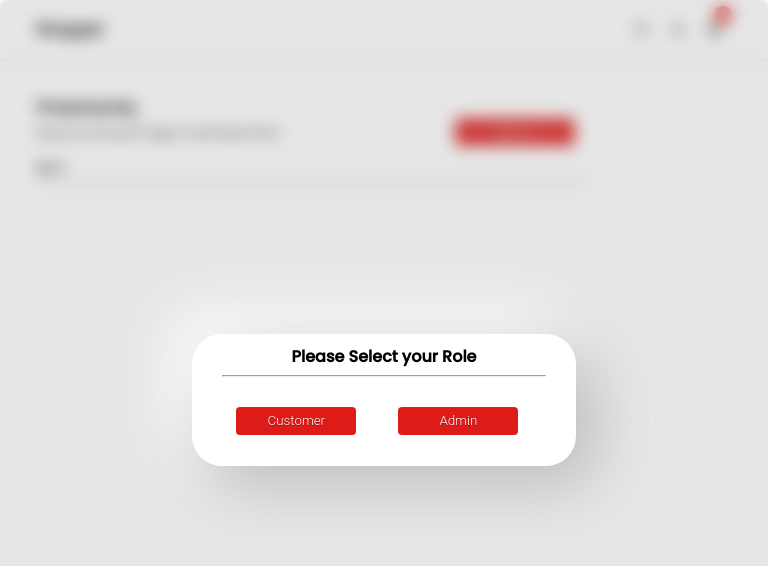
Repository: coolronts/aize-project
Page: /cart
The author's editor kept a copy of each file at every save. The page is drawn from the files as they stood at one save, then again after the next save.
The browser window is 768 px wide. The pictures show the whole page.
The project was rebuilt for these pictures with package versions that can differ from the ones it lists, and the page was loaded fresh each time. Also part of the build but not shown: src/components/CartItem/CartItem.tsx, src/pages/Shop/shop.module.css, src/components/Card/Card.tsx, src/components/EditModal/editModal.module.css, src/components/EditModal/EditModal.tsx, src/components/AddModal/addModal.module.css, src/components/AddModal/AddModal.tsx, src/pages/Shop/Shop.tsx.

Above is the page before, as saved 2021-09-17 12:39:41.

### src/index.css
* {
    line-height: 1.6;
}

h1 {
    font-size: 2em;
}

h2 {
    font-size: 1.5em;
}

h3 {
    font-size: 1.17em;
}

h4 {
    font-size: 1em;
}

### src/App.tsx
import React, { useState, useEffect } from 'react';
import {BrowserRouter,Switch,Route} from 'react-router-dom';

//components
import Cart from "./pages/Cart/Cart"
import Shop from "./pages/Shop/Shop"
import Modal from "./components/Modal/Modal"
import Header from "./components/Header/Header"

//context
import {UserContextProvider} from './context/user'
import {CommonContextProvider} from './context/common'

//interface
import {ProductCartType, IProduct} from './interfaces'

//api
import {Get, Delete} from './api/api'

const App: React.FunctionComponent = () => {
  //States
  //user States
  const [id, setId] = useState<number|null>(null)
  const [role, setRole]= useState<'ADMIN'|'CUSTOMER'|null>(null)

  //product States
  const [products, setProducts] = useState<ProductCartType[]>([])
  const [allProducts, setAllProducts] = useState<IProduct[]>([])
  const [cartQty, setCartQty] = useState<number>(0)

  //common States
  const [isLoading,setIsLoading] = useState<boolean>(false)
  const updateIsLoading = (state:boolean)=>{setIsLoading(state)}

  const [isError,setIsError] = useState<boolean>(false)
  const updateIsError = (state:boolean)=>{setIsError(state)}

  const [isEdit, setIsEdit] = useState<string>('')
  const updateIsEdit = (type:string)=>{setIsEdit(type)}

  const [isAdd, setIsAdd] = useState<boolean>(false)
  const updateIsAdd = (state:boolean)=>{setIsAdd(state)}


  const [selectedProduct, setSelectedProduct] = useState<IProduct>({} as IProduct)
  const updateSelectedProduct = (product: IProduct)=>{setSelectedProduct(product)}


  const getAllProducts = ()=>{
    updateIsLoading(true)
    Get.getProducts()
    .then(response => (setAllProducts(response)))
    .catch(error => (setIsError(error)))
    updateIsLoading(false)
  }

  const DeleteProduct = (id:number)=>{
    updateIsLoading(true)
    Delete.deleteProduct(id)
    .then(() => getAllProducts())
  }

  const addUser = (_id:number) =>{
    updateIsLoading(true)
    setId(()=>_id);
    (_id%2===0) ? setRole(()=>'CUSTOMER') : setRole(()=>'ADMIN')
    updateIsLoading(false)
  }

  const addProduct = (_id:number, _quantity:number) =>{
    const foundProduct = products.find(x => x.id === _id)
    if(foundProduct){foundProduct.quantity += _quantity}
    else{setProducts(products.concat({id:_id,quantity:_quantity}))}
    setCartQty(()=>cartQty+1)
  }

  const addCart = async (_cart:ProductCartType[])=>{setProducts(()=>(_cart))}

  useEffect(() =>{
    if(id != null){
      updateIsLoading(true)
      Get.getUserCart(id)
      .then(response =>{
        if(response.products != null){
          addCart(response.products)
          let totalQty = 0
          response.products.map((product) => totalQty += product.quantity)
          setCartQty(totalQty)
          updateIsLoading(false)}
        }
      )}
  },[id])


  const userContextValues ={Cart:{id,products},cartQty, role,addUser,addProduct, addCart, DeleteProduct}
  const commonContextValues = {selectedProduct, updateSelectedProduct, isLoading, isError, updateIsError, updateIsLoading, allProducts,  getAllProducts, isEdit, updateIsEdit, isAdd, updateIsAdd}


  return (
    <CommonContextProvider value={commonContextValues}>
      <UserContextProvider value={userContextValues}>
        {(id==null || isLoading ) && <Modal/>}
        <BrowserRouter>
          <Header/>
          <Switch>
            <Route path="/" exact component={Shop}/>
            {<Route path="/cart" exact component={Cart}/>}
          </Switch>
        </BrowserRouter>
      </UserContextProvider>
    </CommonContextProvider>
  )
};

export default App;

### src/pages/Cart/Cart.tsx
import React,{useContext,  useState} from 'react';
import styles from './cart.module.css';
import {AiFillTag} from "react-icons/ai";

//components
import CartItem from '../../components/CartItem/CartItem'

//context
import UserContext from '../../context/user'
const Cart: React.FunctionComponent = () => {

  const userContext = useContext(UserContext)
  const productsList = userContext.Cart.products

  const[total,setTotal]= useState<number>(0)

  const updateTotal = (newPrice:number):void =>{setTotal((prevState)=>newPrice+prevState)}

  return (
    <div className={styles.container}>
      <div className={styles.shoppingBag}>
        <h1>Shopping Bag</h1>
        <div className={styles.signInContainer}>
          <p>Have an Account? Sign in and Save time.</p>
          <button>Sign In </button>
        </div>
        <div className={styles.cart}>
          <h2>Qty: {userContext.cartQty} </h2>
          <hr/>
          {productsList.map((item,index) => {
            return (
              <div key={index}>
                <CartItem id={item.id} qty={item.quantity}  updateTotal={updateTotal}/>
              </div>
            )
          })}
        </div>
      </div>
      <div className={styles.orderSummary}>
        <h2>Order Summary</h2>
        <div className={styles.promoCode}>
          <AiFillTag/>
          <h4>Have a Promo Code?</h4>
        </div>
        <div className={styles.price}>
          <h4>Merchandise:</h4>
          <strong>{total} NOK</strong>
        </div>
        <div className={styles.price}>
          <h4>Estimated Ship:</h4>
          <strong>Free</strong>
        </div>
        <hr/>
        <div className={styles.price}>
          <h3><strong>Order Total</strong></h3>
          <strong>{total} NOK</strong>
        </div>
        <div className={styles.PayButtonContainer}>
          <button>Proceed to Checkout</button>
        </div>
      </div>
    </div>
  )
};

export default Cart;

### src/components/Modal/Modal.tsx
import React, { useContext } from 'react';
import styles from './modal.module.css'

//context
import UserContext from '../../context/user'
import CommonContext from '../../context/common'

const Modal: React.FunctionComponent = () => {
  const userContext = useContext(UserContext)
  const commonContext = useContext(CommonContext)

  return (
    <div className={styles.container}>
      <div className={styles.modal}>
        {commonContext.isLoading ?
          <div className={styles.loaderContainer}>
            <div className={styles.loader}></div>
          </div>

        :
          <>
            <h4>Please Select your Role</h4>
            <hr/>
            <div className={styles.buttonContainer}>
              <button onClick={()=>{!userContext.Cart.id && userContext.addUser(Math.floor(Math.random() * 49)*2)}}>Customer</button>
              <button onClick={()=>{!userContext.Cart.id && userContext.addUser(Math.floor(Math.random() * 49)*2 + 1)}}>Admin</button>
            </div>
          </>
        }
      </div>
    </div>
  )
}

export default Modal

### src/components/Header/Header.tsx
import React, {useContext} from 'react';
import styles from './header.module.css';
import {Link} from "react-router-dom";
//component
import Logo from '../Logo/Logo'
//context
import UserContext from '../../context/user';

const Header: React.FunctionComponent = () => {
  const userContext = useContext(UserContext)
  const role = userContext.role

  return (
    <header>
      <div>
        <Link to="/" className={styles.linkStyle}><h1>Shopper</h1></Link>
      </div>
      <h3 className={styles.role}> <span>you're logged in as </span>{role}</h3>
      <div className={styles.logoContainer}>
        <Logo logo={"search"}/>
        <Logo logo={"user"}/>
        <Logo logo={"cart"}/>
      </div>
    </header>
  )
}

export default Header

### src/context/user.ts
import { createContext } from "react";
import {IUserProp, ProductCartType} from '../interfaces'

//initializing the state
const UserContext = createContext<IUserProp>({
  Cart:{id:null,products:[]},
  role:null,
  cartQty: 0,
  addCart:(products:ProductCartType[])=>{},
  addUser:(id:number)=>{},
  addProduct:(id:number)=>{},
  DeleteProduct:(id:number)=>{}
})

export const UserContextConsumer = UserContext.Consumer;
export const UserContextProvider = UserContext.Provider;
export default UserContext;

### src/context/common.ts
import { createContext } from "react";
import {ICommon,IProduct} from '../interfaces'

//initializing the state
const CommonContext = createContext<ICommon>({
  isLoading:false,
  isError:false,
  updateIsLoading:(state:boolean) =>{},
  updateIsError:(state:boolean) =>{},
  allProducts:[],
  getAllProducts:()=>{},
  isEdit:'',
  updateIsEdit:(type:string)=>{},
  selectedProduct:{} as IProduct,
  updateSelectedProduct:(product:IProduct|null)=>{},
  isAdd:false,
  updateIsAdd:(state:boolean)=>{}
})

export const CommonContextConsumer = CommonContext.Consumer;
export const CommonContextProvider = CommonContext.Provider;
export default CommonContext;

### src/api/api.ts
import axios, {AxiosResponse} from 'axios';
import {IProduct, UserCartType} from '../interfaces'

const instance = axios.create({
  baseURL: 'http://localhost:8080',
  timeout: 15000,
});

const responseBody = (response: AxiosResponse) => response.data;

const requests = {
	get: (url: string) => instance.get(url).then(responseBody),
  delete: (url: string) => instance.delete(url).then(responseBody),
  put: (url: string, body: {}) => instance.put(url, body).then(responseBody),
  post: (url: string, body: {}) => instance.post(url, body).then(responseBody),
};


export const Get={
  getProducts: (): Promise<IProduct[]> => requests.get('products'),
  getUserCart: (id:number): Promise<UserCartType> => requests.get('carts/'+ id),
  getProduct: (id:number): Promise<IProduct> => requests.get('products/'+ id),
  searchProduct: (query:string): Promise<IProduct[]> => requests.get('products?q='+ query),
}

export const Delete={
  deleteProduct: (id:number): Promise<void> => requests.delete('products/'+id)
}

export const Put={
  updateProduct: (post: IProduct, id: number): Promise<IProduct> =>requests.put('/products/' + id, post)
}
export const Post={
  addProduct: (post: IProduct): Promise<IProduct> =>requests.post('/products', post)}

### src/pages/Cart/cart.module.css
strong {
    font-weight: 600;
}

.container {
    padding: 24px 80px;
    display: flex;
}

.shoppingBag {
    width: 80%;
    padding: 12px 0px;
}

.signInContainer {
    margin-bottom: 12px;
    margin-top: 12px;
    display: flex;
    align-items: center;
    justify-content: space-between;
}

.cart {
    padding-top: 46px;
}

.orderSummary {
    padding: 12px 24px 12px 24px;
    width: 50%;
}

.promoCode {
    display: flex;
    margin-top: 20px;
    margin-bottom: 20px;
    border: 2px solid #dd1c1a;
    padding: 12px 12px 12px 12px;
    width: 100%;
    text-align: center;
}

.price {
    display: flex;
    justify-content: space-between;
    margin-bottom: 20px;
}

.PayButtonContainer>button {
    margin-top: 20px;
    width: 100%;
}

.buttonContainer {
    margin-top: 24px;
    display: flex;
    justify-content: center;
}

button {
    cursor: pointer;
    width: 120px;
    background-color: #dd1c1a;
    display: inline-block;
    padding: 0.3em 1.2em;
    margin: 0 1em 0.1em 0;
    border: 0.16em solid rgba(255, 255, 255, 0);
    border-radius: 2em;
    box-sizing: border-box;
    text-decoration: none;
    font-family: 'Roboto', sans-serif;
    font-weight: 300;
    color: white;
    text-shadow: 0 0.04em 0.04em rgba(0, 0, 0, 0.35);
    text-align: center;
    transition: all 0.2s;
}

button:hover {
    border-color: rgba(255, 255, 255, 1);
}

@media screen and (max-width: 800px) {
    h1 {
        font-size: 14px;
    }
    h2 {
        font-size: 10px;
    }
    p {
        font-size: 12px;
    }
    button {
        width: 120px;
        border-radius: 0.3em;
        padding: 0.1em 0.4em;
    }
    .container {
        padding: 24px 24px;
        flex-direction: column;
    }
    .shoppingBag {
        width: 80%;
        padding: 12px 12px;
        text-align: left;
    }
    .signInContainer {
        margin-bottom: 0px;
        margin-top: 0px;
    }
    .cart {
        padding-top: 12px;
    }
    .orderSummary {
        display: none;
    }
    img {
        padding: 0px;
    }
}

### src/components/Modal/modal.module.css
.container {
    width: 100%;
    height: 100%;
    position: fixed;
    background: rgba( 155, 155, 155, 0.25);
    box-shadow: 0 8px 32px 0 rgba( 31, 38, 135, 0.37);
    backdrop-filter: blur( 8px);
    -webkit-backdrop-filter: blur( 8px);
    border-radius: 10px;
    z-index: 20;
}

.modal {
    text-align: center;
    background-color: white;
    border-radius: 10px;
    padding: 10px 30px;
    width: 50%;
    position: absolute;
    top: 50%;
    left: 50%;
    transform: translate(-50%, -50%);
    border-radius: 30px;
    background: white;
    box-shadow: 20px 20px 60px #bebebe, -20px -20px 60px #ffffff;
}

.buttonContainer {
    display: flex;
    margin: 20px 0;
    justify-content: space-around;
    flex-wrap: wrap;
}

.buttonContainer>button {
    margin-top: 10px;
}

.loaderContainer {
    padding: 10px 30px 10px 30px;
    width: 100%;
    height: 100%;
    display: flex;
    justify-content: center;
}

.loader {
    position: relative;
    border: 16px solid #f3f3f3;
    border-radius: 50%;
    border-top: 16px solid #3498db;
    width: 120px;
    height: 120px;
    -webkit-animation: spin 2s linear infinite;
    /* Safari */
    animation: spin 2s linear infinite;
}


/* Safari */

@-webkit-keyframes spin {
    0% {
        -webkit-transform: rotate(0deg);
    }
    100% {
        -webkit-transform: rotate(360deg);
    }
}

@keyframes spin {
    0% {
        transform: rotate(0deg);
    }
    100% {
        transform: rotate(360deg);
    }
}

@media screen and (max-width: 800px) {
    .container {
        text-align: center;
    }
}

### src/components/Header/header.module.css
header {
    box-shadow: 0 1px 3px 0 rgba(0, 0, 0, 0.1), 0 1px 2px 0 rgba(0, 0, 0, 0.06);
    padding: 12px 36px;
    display: flex;
    justify-content: space-between;
    align-items: center;
}

.logoContainer {
    display: flex;
}

.role {
    color: #dd1c1a;
}

.role>span {
    font-size: 12px;
    margin-right: 3px;
    color: black;
}

.linkStyle {
    text-Decoration: none;
    color: black;
}

@media screen and (max-width: 800px) {
    .linkStyle>h1 {
        font-size: 16px;
    }
}

### src/components/Logo/Logo.tsx
import React, {useContext, useState} from 'react'
import styles from './logo.module.css'
import {Link} from "react-router-dom"

//icons
import {MdCancel} from "react-icons/md"
import { AiOutlineShoppingCart, AiOutlineUser, AiOutlineSearch } from 'react-icons/ai';

//interface
import {IProduct} from '../../interfaces'

//context
import UserContext from '../../context/user'

//api
import {Get} from "../../api/api"

const Logo: React.FunctionComponent<{logo:string}>= ({logo}) => {
  const userContext = useContext(UserContext)

  const [searchItems, setSearchItems] = useState<IProduct[]>([])
  const [isSearch, setIsSearch] = useState<boolean>(false)

  const search = (keyword:any) =>{
    if(keyword.length===0){
      setIsSearch(false)
    }
    else{
      setIsSearch(true)
      Get.searchProduct(keyword)
      .then(result => {setSearchItems(()=>result.slice(0,5))})
    }
  }
  return (
    <>
      {logo==="cart" && (
        <Link to="/cart">
          <div className={styles.logoContainer}>
            <AiOutlineShoppingCart className={styles.icon}/>
            {userContext.Cart.products != null && (<p className={styles.badge}>{userContext.cartQty}</p>)}
          </div>
        </Link>
      )}

      {logo==="user" && (
        <div className={styles.logoContainer}>
         <AiOutlineUser className={styles.icon}/>
        </div>
      )}

      {logo==="search" && (
        <>
          { isSearch && <div className={styles.searchContainer}>
            <input type="text" onChange={(e)=>search(e.target.value)} className={styles.searchBox}/>
            <MdCancel onClick={()=>setIsSearch(false)}  />
            <>
              {isSearch &&
                <div className={styles.suggestionContainer}>
                  {isSearch && searchItems.map((item,index)=>{
                    return(
                      <div key={index} className={styles.suggestionContainer}>
                        <div className={styles.suggestion}>
                          <div className={styles.imageContainer}>
                            <img src={item.defaultImage} alt="product"/>
                          </div>

                          <div className={styles.info}>
                            <p className={styles.name}>{item.name}</p>
                            <p>Price: {item.price} Nok</p>
                            <p>Discount:  -{item.discount}%</p>
                          </div>
                        </div>
                        <hr></hr>
                      </div>
                     )
                  })}
                </div>
              }
            </>
          </div>}

          <div onClick={()=>{
            setIsSearch(true)
            setSearchItems([])
            }} className={styles.logoContainer}>
            <AiOutlineSearch  className={styles.icon}/>
          </div>
        </>
      )}
    </>
  )
}

export default Logo

### src/components/CartItem/cartItem.module.css
strong {
    font-weight: 600;
}

.product {
    display: flex;
    margin-top: 20px;
    border-bottom: 2px solid whitesmoke;
    padding: 10px 10px;
    cursor: pointer;
}

.product:hover {
    border-radius: 30px;
    background: #e0e0e0;
    box-shadow: 20px 20px 60px #bebebe, -20px -20px 60px #ffffff;
}

.imageContainer>img {
    width: 200px;
    border-radius: 30px;
    object-fit: contain;
}

.productInfo {
    height: inherit;
    display: flex;
    flex-direction: column;
    justify-content: space-between;
    margin-left: 20px;
    width: 50%;
}

.vl {
    border-left: 2px solid #D3D3D3;
    height: 60px;
    align-self: center;
}

.productSummary {
    margin-left: 20px;
    display: flex;
    flex-direction: column;
    justify-content: center;
    text-align: center;
    color: #dd1c1a;
    width: 45%;
}

@media screen and (max-width: 800px) {
    h1 {
        font-size: 14px;
    }
    h2 {
        font-size: 10px;
    }
    p {
        font-size: 12px;
    }
    .product {
        flex-direction: column;
    }
    .imageContainer>img {
        width: 200px;
    }
    .productInfo {
        margin-left: 0px;
        width: 100%;
    }
    .vl {
        display: none
    }
    .productSummary {
        margin-left: 0px;
        flex-direction: row;
        justify-content: flex-start;
        text-align: left;
    }
}

### src/components/Card/card.module.css
            @import url('https://fonts.googleapis.com/css2?family=Poppins:wght@300;400;500&display=swap');
            * {
                margin: 0;
                padding: 0;
                box-sizing: border-box;
                font-family: 'Poppins', sans-serif;
            }

            .container {
                overflow: hidden;
                position: relative;
                display: flex;
                flex-direction: column;
                justify-content: space-between;
                cursor: pointer;
                width: 300px;
                height: 360px;
                padding: 25px;
                background: #fff;
                max-width: 260px;
                border-radius: 20px;
                margin: 10px auto;
                border-radius: 50px;
                box-shadow: 20px 20px 60px #bebebe, -20px -20px 60px #ffffff;
            }

            .discount {
                position: absolute;
                background-color: #dd1c1a;
                font-weight: bold;
                font-size: 14px;
                color: white;
                padding-left: 20px;
                padding-top: 24px;
                height: 65px;
                width: 65px;
                border-radius: 50%;
                left: -10px;
                top: -15px;
                box-shadow: 0 5px 10px rgba(146, 61, 36, 0.05), 0 15px 40px rgba(165, 83, 63, 0.2);
            }

            .imageContainer {
                text-align: center;
            }

            .imageContainer>img {
                width: 100px;
            }

            .adminControl {
                display: flex;
                justify-content: center;
            }

            .adminControl>.icon {
                margin-right: 10px;
                padding: 3px 3px 3px 3px;
                font-size: 30px;
            }

            .adminControl>.icon:hover {
                box-shadow: 0 5px 10px rgba(146, 61, 36, 0.05), 0 15px 40px rgba(165, 83, 63, 0.2);
            }

            .icon {
                color: #dd1c1a;
            }

            .name {
                font-weight: bold;
                text-align: center;
                margin-top: 5px;
                height: 40px;
            }

            .description {
                font-weight: 500;
                font-size: 12px;
                text-align: justify;
                margin-bottom: 10px;
                line-height: normal;
                white-space: pre-wrap;
                overflow: hidden;
                text-overflow: ellipsis;
                height: 80px;
            }

            .price {
                text-align: center;
                font-weight: bolder;
                color: #dd1c1a;
                margin-bottom: 10px;
            }

            .buttonContainer {
                display: flex;
                justify-content: space-around;
            }

            .buttonContainer>button {
                cursor: pointer;
                width: 120px;
                background-color: #dd1c1a;
                display: inline-block;
                padding: 0.3em 1.2em;
                margin: 0 0.1em 0.1em 0;
                border: 0.16em solid rgba(255, 255, 255, 0);
                border-radius: 2em;
                box-sizing: border-box;
                text-decoration: none;
                font-family: 'Roboto', sans-serif;
                font-weight: 300;
                color: white;
                text-shadow: 0 0.04em 0.04em rgba(0, 0, 0, 0.35);
                text-align: center;
                transition: all 0.2s;
            }

            .buttonContainer>button:hover {
                border-color: rgba(255, 255, 255, 1);
            }

            @media screen and (max-width: 800px) {
                .container {
                    justify-content: start
                }
                .name {
                    margin-top: 5px;
                }
                .description {
                    font-weight: 300;
                    font-size: 12px;
                    line-height: normal;
                    white-space: pre-wrap;
                    overflow: hidden;
                    text-overflow: ellipsis;
                }
                .price {
                    text-align: center;
                    display: block;
                    font-size: 16px;
                    width: 100%;
                }
            }

### src/components/Logo/logo.module.css
.logoContainer {
    position: relative;
    cursor: pointer;
    border-radius: 18px;
    padding: 18px;
    z-index: 1;
    margin-right: 18px;
}

.logoContainer:hover {
    box-shadow: 0 5px 10px rgba(146, 61, 36, 0.05), 0 15px 40px rgba(165, 83, 63, 0.2);
}

.icon {
    position: absolute;
    font-size: 24px;
    color: black;
    z-index: 5;
    top: 0;
    bottom: 0;
    left: 0;
    right: 0;
    margin: auto auto auto auto;
}

.badge {
    position: absolute;
    background-color: #dd1c1a;
    color: white;
    font-weight: bold;
    font-size: 8px;
    width: 18px;
    height: 18px;
    border-radius: 50%;
    text-align: center;
    top: -6px;
    line-height: 18px;
}

.searchContainer {
    width: 100%;
    height: 100%;
    left: 0;
    padding: 2% 20%;
    position: fixed;
    background: rgba( 255, 255, 255, 1);
    box-shadow: 0 8px 32px 0 rgba( 31, 38, 135, 0.37);
    backdrop-filter: blur( 4px);
    -webkit-backdrop-filter: blur( 4px);
    border-radius: 10px;
    border: 1px solid rgba( 255, 255, 255, 0.18);
    z-index: 20;
    text-align: center;
    overflow-y: scroll;
}

.searchContainer>input {
    margin-top: 5%;
    border-radius: 12px;
    outline: none;
    border: 1px solid black;
    padding: 0.5em 1em 0.5em 1em;
}

.suggestion {
    padding-top: 10px;
    display: flex;
    justify-content: center;
    align-items: center;
    margin-bottom: 3px;
    margin-top: 10px;
    width: 100%;
    border-radius: 12px;
}

.suggestion:hover {
    background-color: gainsboro;
}

.imageContainer {
    padding: 20px;
}

.imageContainer>img {
    width: 100px;
}

.info {
    display: flex;
    flex-direction: column;
    text-align: left;
    width: 60%;
}

.name {
    font-size: 18px;
}

.price {
    margin-top: 5px;
    width: 60%;
    display: flex;
    justify-content: space-around;
    width: 100%;
    font-size: 12px;
}

.suggestion>img {
    width: 5%;
    border-radius: 12px;
}

hr {
    margin-top: 5px;
}

@media screen and (max-width: 800px) {
    .logoContainer {
        margin-right: 0px;
    }
    .icon {
        font-size: 16px;
    }
    h3 {
        display: none;
    }
    h3>span {
        display: block;
    }
    .searchContainer {
        position: fixed;
        left: 0;
        top: 0;
        padding: 20px 20px;
    }
    .suggestion {
        align-items: center;
        margin-bottom: 3px;
        margin-top: 10px;
        width: 100%;
        margin-left: 0%;
    }
}

Loaded but not shown: public/index.html (common file); src/index.tsx (common file)

After the next save:
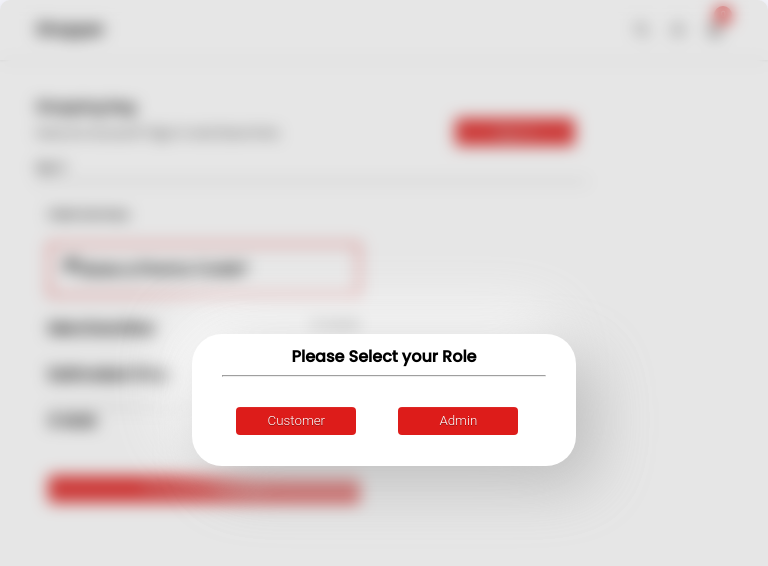
Saved 18 s later.
--- a/src/pages/Cart/cart.module.css
+++ b/src/pages/Cart/cart.module.css
@@ -110,9 +110,6 @@ button:hover {
     .cart {
         padding-top: 12px;
     }
-    .orderSummary {
-        display: none;
-    }
     img {
         padding: 0px;
     }
